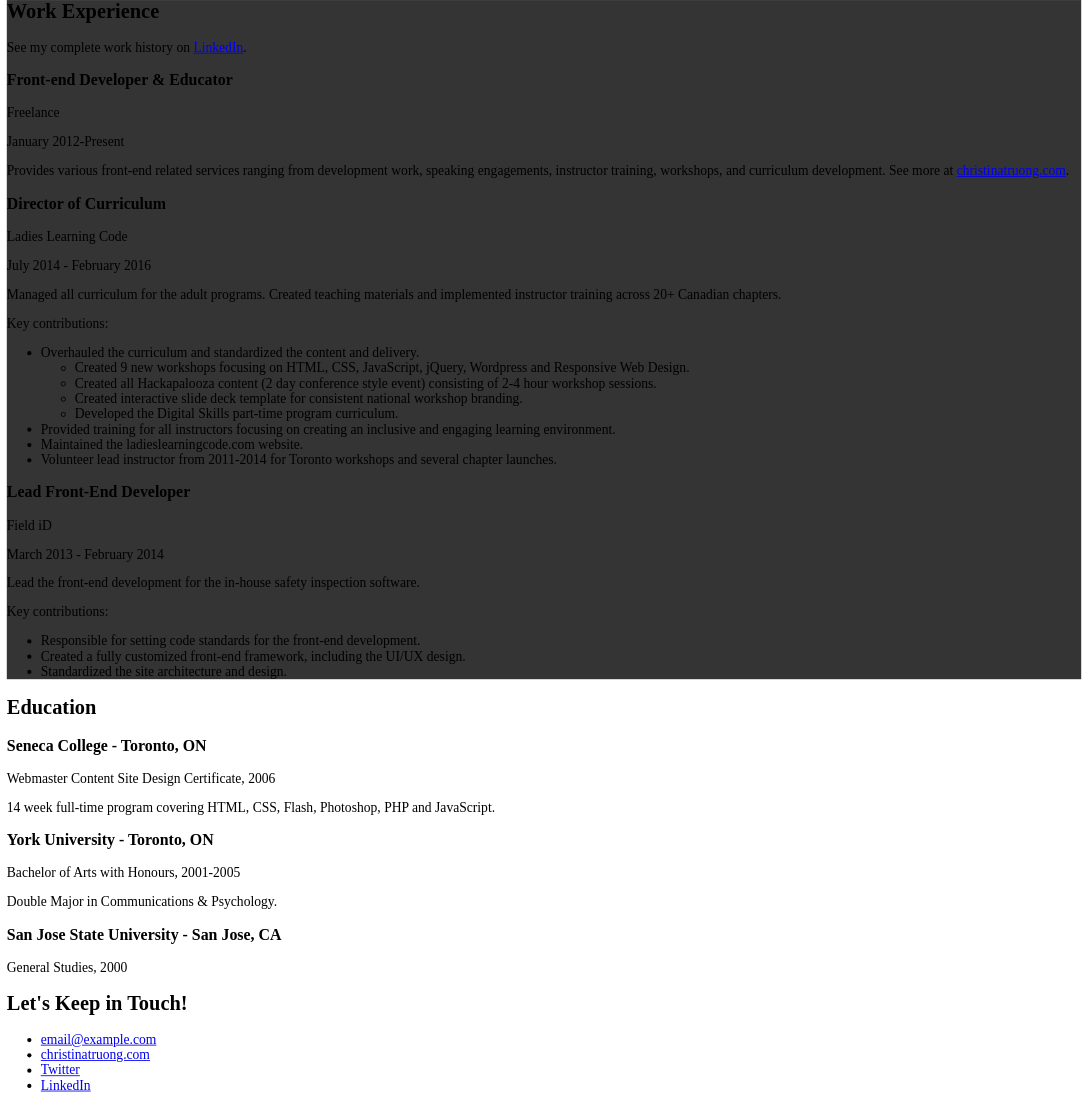
Repository: Aklilegetachew/my-Portfolio
Page: index.html
These files come from the project's save history. The page is drawn as it stood at one moment and after the next save; the edit follows.
The browser window is 1280 px wide. The pictures show the part of the page from y = 1393 to 2695 px (the page is 2695 px tall), at 85% of full size.
A picture or video elsewhere on the page could not be fetched, so the positions and the page height are approximate.

Above is the page before, as saved 2021-11-22 22:49:28.

### index.html
<!DOCTYPE html>
<html lang="en">
  <head>
    <meta charset="UTF-8">
    <meta name="viewport" content="width=device-width, initial-scale=1.0">
    <title>Aklile Getachew, Software Engineer</title>
     <link href="https://fonts.googleapis.com/css?family=Caveat|Montserrat:400,600&display=swap" rel="stylesheet">
    <link rel="stylesheet" href="css/styles.css">
  </head>
  <body>
    <main>
      <!-- ***********************  ABOUT / PROFILE  *********************** -->
      <header>
        <div class="content-wrap">
          <h1>Aklile Getachew</h1>
          <h2>Software Developer + Graphics Designer</h2>

          <p>As a developer, I specialize in creating modular and scalable front-end architectures. As an educator, I focus on creating inclusive learning environments, instructor training and curriculum development.</p>
          <p>I’m also exploring more creative pursuits designing tee shirts and accessories for <a href="http://teethang.com" target="_blank">Nuthin’ But a Tee Thang</a>, an online store I’m running with my husband.</p>
        </div>
      </header>

      <!-- ********************  PROJECTS / PORTFOLIO  ********************* -->
      <section class="projects">
        <div class="content-wrap divider">
          <h2>Featured Projects</h2>
          <p>View selected projects below. More information can be found at <a href="http://christinatruong.com">christinatruong.com</a>.</p>

          <!-- Project 1 -->
          <section class="project-item">
            <img src="images/project-courses.jpg" alt="course thumbnail">
            <h3>Lynda / LinkedIn Learning Courses</h3>
            <p>Developed content and instruction for various CSS and front-end focused web development courses including CSS Essential Training, Getting Your Website Online, Design Systems & Architectures and more.</p>
            <a class="btn" href="https://www.linkedin.com/learning/instructors/christina-truong?u=2125562" target="_blank">LinkedIn Learning</a>
            <a class="btn" href="https://www.lynda.com/Christina-Truong/7842227-1.html">Lynda.com</a>
          </section>

          <!-- Project 2 -->
          <section class="project-item">
            <img src="images/project-women-tech.jpg" alt="website thumbnail">
            <h3>Women&&Tech</h3>
            <p>Women&&Tech was launched in 2012 to feature interviews with different women working in the tech industry. I became familiar with them when I was invited to be one of the interviewees! A few years later, I joined the team and helped with the relaunch of the site as the front-end architect.</p>
            <a class="btn" href="http://christinatruong.com/projects/women-and-tech-redesign.html" target="_blank">View the case study</a>
          </section>

          <!-- Project 3 -->
          <section class="project-item">
            <img src="images/project-wire-ipsum.jpg" alt="website thumbnail">
            <h3>The Wire Ipsum</h3>
            <p>After coming back from teaching a JavaScript workshop, I felt inspired to create something just for fun. I realized that of all the content/lorem ipsum generators available, there was nothing for HBO’s The Wire fans. I searched for <a href="http://thewireipsum.com" target="_blank">thewireipsum.com</a> domain and it was available! Generate some content for your projects today.</p>
            <a class="btn" href="http://thewireipsum.com" target="_blank">View live site</a>
          </section>
        </div>
      </section>

      <!-- ***********************  WORK EXPERIENCE  *********************** -->
      <section class="work-experience">
        <div class="content-wrap divider">
          <h2>Work Experience</h2>
          <p>See my complete work history on <a href="https://www.linkedin.com/in/christinatruong/">LinkedIn</a>.</p>

          <!-- Job 1 -->
          <section class="job-item">
            <div class="job-details">
              <h3>Front-end Developer & Educator</h3>
              <p>Freelance</p>
              <p>January 2012-Present</p>
            </div>
            <div class="job-summary">
              <p>Provides various front-end related services ranging from development work, speaking engagements, instructor training, workshops, and curriculum development. See more at  <a href="http://christinatruong.com">christinatruong.com</a>.</p>
            </div>
          </section>

          <!-- Job 2 -->
          <section class="job-item">
            <div class="job-details">
              <h3>Director of Curriculum</h3>
              <p>Ladies Learning Code</p>
              <p>July 2014 - February 2016</p>
            </div>
            <div class="job-summary">
              <p>Managed all curriculum for the adult programs. Created teaching materials and implemented instructor training across 20+ Canadian chapters.</p>
              <p>Key contributions:</p>
              <ul>
                <li>Overhauled the curriculum and standardized the content and delivery.
                  <ul>
                    <li>Created 9 new workshops focusing on HTML, CSS, JavaScript, jQuery, Wordpress and Responsive Web Design.</li>
                    <li>Created all Hackapalooza content (2 day conference style event) consisting of 2-4 hour workshop sessions.</li>
                    <li>Created interactive slide deck template for consistent national workshop branding.</li>
                    <li>Developed the Digital Skills part-time program curriculum.</li>
                  </ul>
                </li>
                <li>Provided training for all instructors focusing on creating an inclusive and engaging learning environment.</li>
                <li>Maintained the ladieslearningcode.com website.</li>
                <li>Volunteer lead instructor from 2011-2014 for Toronto workshops and several chapter launches.</li>
              </ul>
            </div>
          </section>

          <!-- Job 3 -->
          <section class="job-item">
            <div class="job-details">
              <h3>Lead Front-End Developer</h3>
              <p>Field iD</p>
              <p>March 2013 - February 2014</p>
            </div>
            <div class="job-details">
              <p>Lead the front-end development for the in-house safety inspection software.</p>
              <p>Key contributions:</p>
              <ul>
                <li>Responsible for setting code standards for the front-end development.</li>
                <li>Created a fully customized front-end framework, including the UI/UX design.</li>
                <li>Standardized the site architecture and design.</li>
              </ul>
            </div>
          </section>
        </div>
      </section>

      <!-- ******************  EDUCATION & CERTIFICATIONS ****************** -->
      <section class="education item-details">
        <div class="content-wrap">
          <h2>Education</h2>

          <section>
            <h3>Seneca College - Toronto, ON</h3>
            <p>Webmaster Content Site Design Certificate, 2006</p>
            <p>14 week full-time program covering HTML, CSS, Flash, Photoshop, PHP and JavaScript.</p>
          </section>

          <section>
            <h3>York University - Toronto, ON</h3>
            <p>Bachelor of Arts with Honours, 2001-2005</p>
            <p>Double Major in Communications & Psychology.</p>
          </section>

          <section>
            <h3>San Jose State University - San Jose, CA</h3>
            <p>General Studies, 2000</p>
          </section>
        </div>
      </section>

      <!-- *****************  CONTACT INFO / SOCIAL MEDIA  ***************** -->
      <footer>
        <div class="content-wrap">
          <h2>Let's Keep in Touch!</h2>

          <!-- Social media and contact links. Add or remove any networks. -->
          <ul class="contact-list">
            <li><a href="mailto:email@example.com">email@example.com</a></li>
            <li><a href="http://christinatruong.com" target="_blank">christinatruong.com</a></li>
            <li><a href="http://twitter.com/christinatruong" target="_blank">Twitter</a></li>
            <li><a href="#" target="_blank">LinkedIn</a></li>
          </ul>
        </div>
      </footer>
    </main>
  </body>
</html>

### css/styles.css
/*
COLOR PALETTE
https://coolors.co/f7fff7-343434-2f3061-ffe66d-a1c6d7
#F7FFF7 - almost white
#343434 - dark gray - almost black
#2F3061 - blue dark
#FFE66D - yellow
#A1C6D7 - blue light
*/

/* global
======================================================*/
img{
    width: 300px;
}

/* Heading
======================================================*/
header{
    background-color: #2F3061 ;
}



/* projects
======================================================*/

.projects{
    background-color: #F7FFF7 ;

}

/* Work experiance
=======================================================*/
.work-experience{
    background-color: #343434;

}

After the next save:
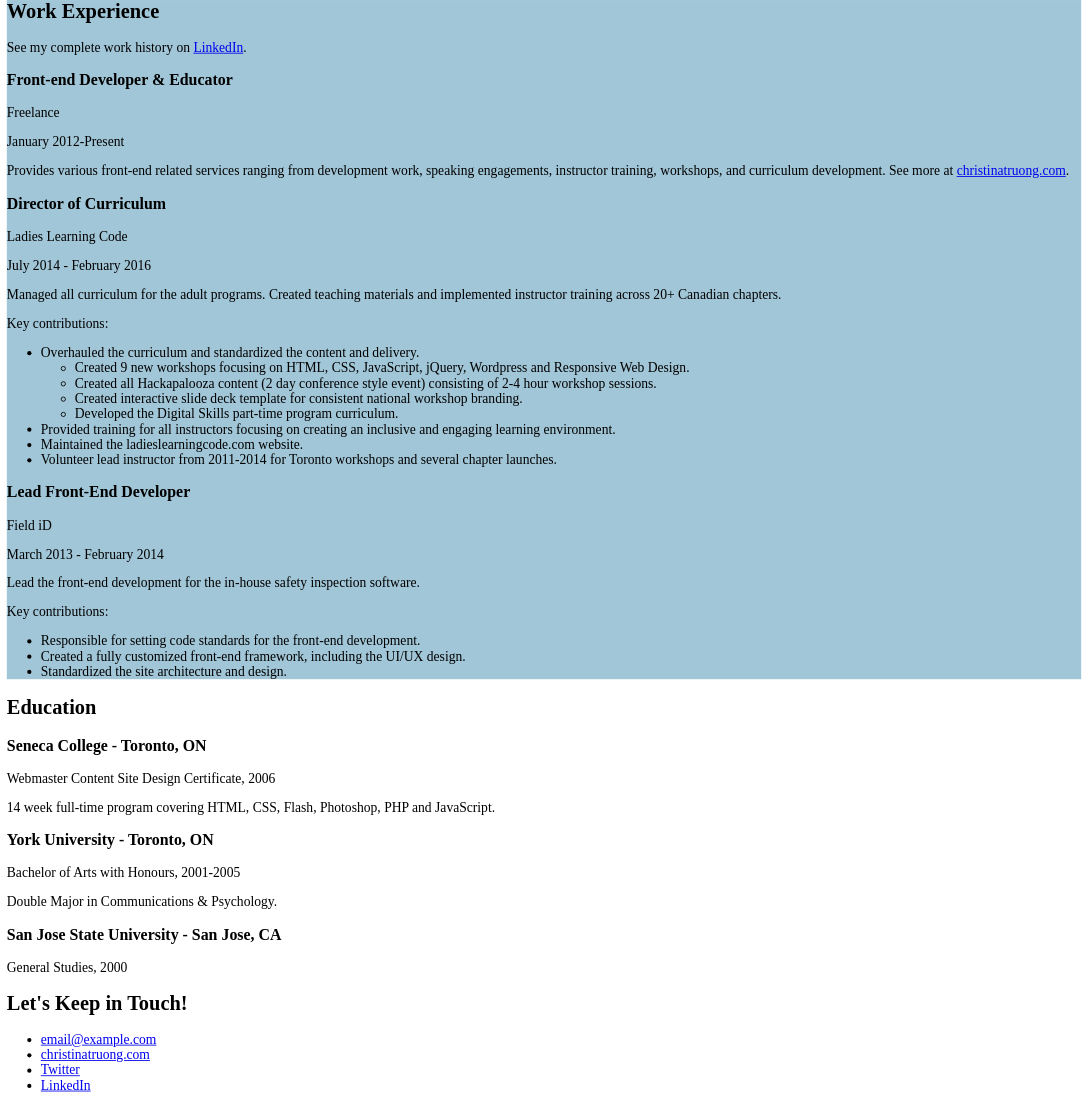
Saved 35 s later.
--- a/css/styles.css
+++ b/css/styles.css
@@ -33,6 +33,6 @@
 /* Work experiance
 =======================================================*/
 .work-experience{
-    background-color: #343434;
+    background-color: #A1C6D7;
 
 }
